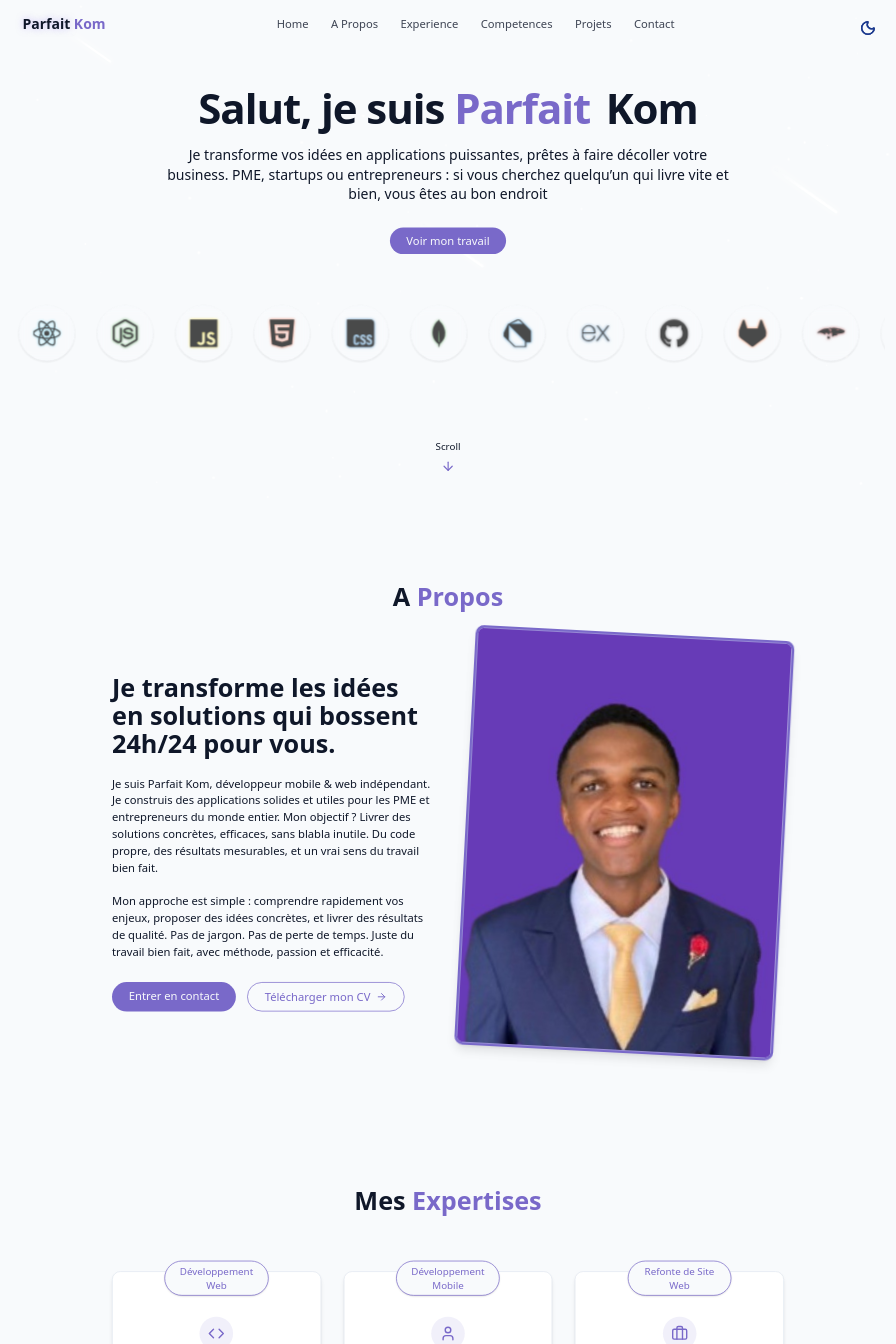
Repository: KOMI18/komi-folio
Page: /
An editor plug-in stored every save of this project. The page is shown before and after the next save, followed by the edit.
The browser window is 1280 px wide. The pictures show the part of the page from y = 0 to 1920 px (the page is 6235 px tall), at 70% of full size.
The project was rebuilt for these pictures with package versions that can differ from the ones it lists, and the page was loaded fresh each time. Also part of the build but not shown: vite.config.js, src/pages/NotFound.jsx.

Above is the page before, as saved 2025-06-28 00:10:41.

After the next save:
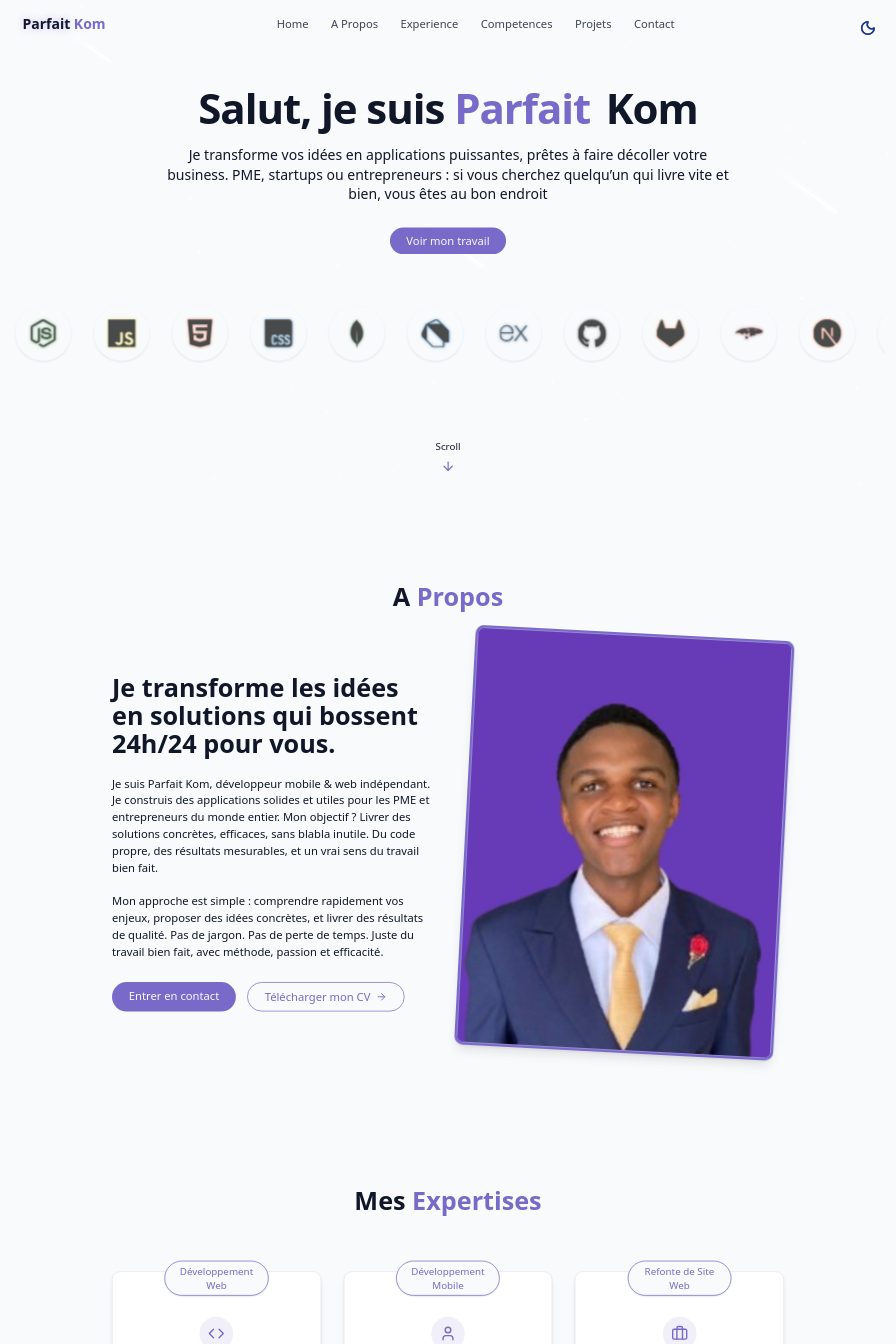
Saved 38 s later.
--- a/src/components/HeroSection.jsx
+++ b/src/components/HeroSection.jsx
@@ -51,7 +51,8 @@
         </div>
       </div>
       <div className="overflow-hidden py-20 w-full relative">
-      <div className="flex whitespace-nowrap animate-carousel">
+      <div className="flex whitespace-nowrap animate-carousel min-w-[200%]">
+
       {[...logos, ...logos, ...logos].map((logo, index) => (
         <div
         key={index}

After the save that followed:
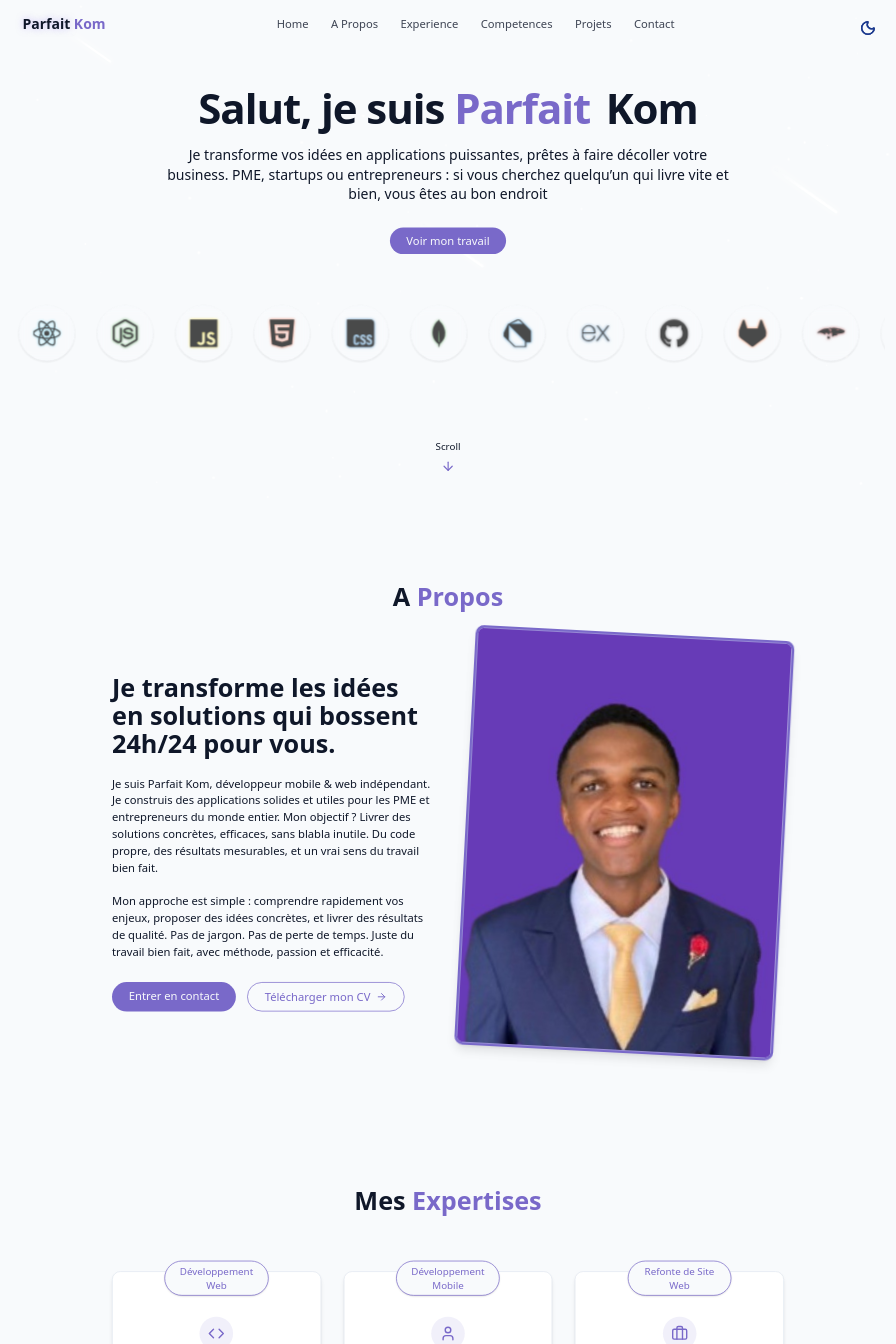
Saved 33 s later.
--- a/src/components/HeroSection.jsx
+++ b/src/components/HeroSection.jsx
@@ -51,7 +51,7 @@
         </div>
       </div>
       <div className="overflow-hidden py-20 w-full relative">
-      <div className="flex whitespace-nowrap animate-carousel min-w-[200%]">
+      <div className="flex whitespace-nowrap animate-carousel min-w-full">
 
       {[...logos, ...logos, ...logos].map((logo, index) => (
         <div
